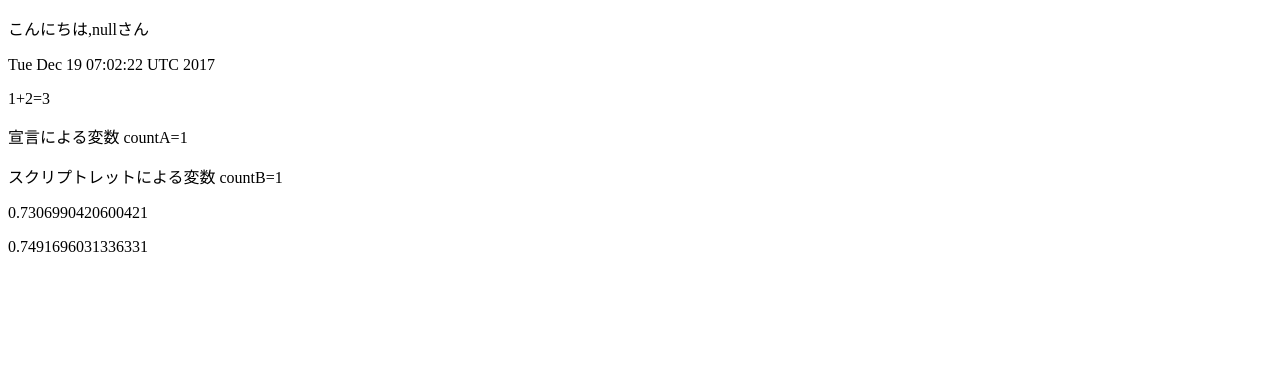
Repository: SNMAGNET/backup
Page: http://localhost/HelloJSP/
The author's editor kept a copy of each file at every save. The page is drawn from the files as they stood at one save, then again after the next save.
The browser window is 1280 px wide. The pictures show the whole page.
The page is served by Tomcat 9.

Above is the page before, as saved 2017-12-20 03:29:06.

### HelloJSP/WebContent/index.jsp
<%@ page language ="java" contentType="text/html;charset=UTF-8"  pageEncoding="UTF-8"%>
<!DOCTYPE html>
<html>
  <head>
  <meta charset="utf-8">
  <title>TEST</title>
  </head>
  <body>
  <% request.setCharacterEncoding("UTF-8"); %>
  <p>こんにちは,<%=request.getParameter("user") %>さん</p>
  <% out.println(new java.util.Date()); %>

  <%! static int add(int a, int b){
	  return a+b;
  }  %>
  <p>1+2=<%= add(1,2) %></p>

  <%! static int countA=0; %>
  <%
  int countB=0;
  countA++;
  countB++;

  %>

  <p>宣言による変数 countA=<%=countA %></p>
  <p>スクリプトレットによる変数 countB=<%=countB %></p>

  <p><% out.println(Math.random()); %></p>
<p><%=Math.random() %></p>

  </body>


</html>

After the next save:
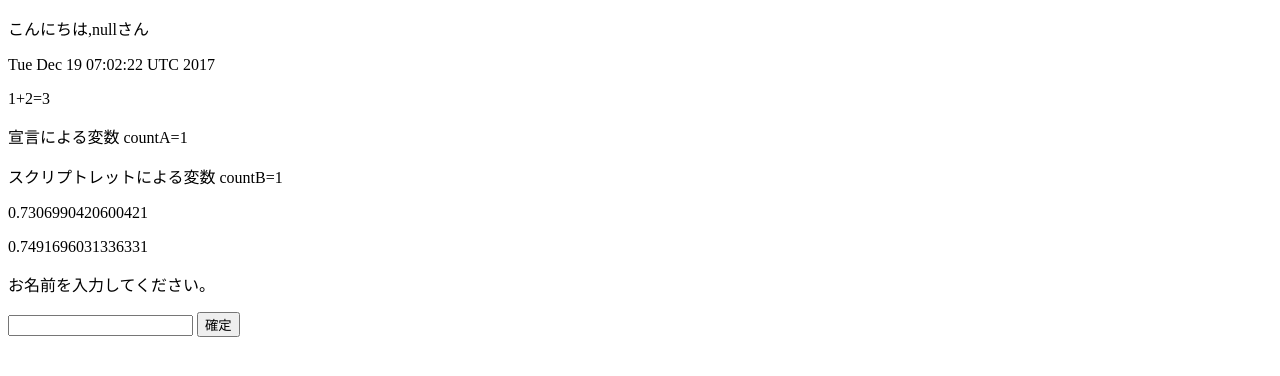
Saved 21 min 22 s later.
--- a/HelloJSP/WebContent/index.jsp
+++ b/HelloJSP/WebContent/index.jsp
@@ -29,6 +29,12 @@
   <p><% out.println(Math.random()); %></p>
 <p><%=Math.random() %></p>
 
+<p>お名前を入力してください。</p>
+<form method="post" action="greeting-out.jsp">
+<input type="text" name="user">
+<input type="submit" value="確定">
+</form>
+
   </body>
 
 
